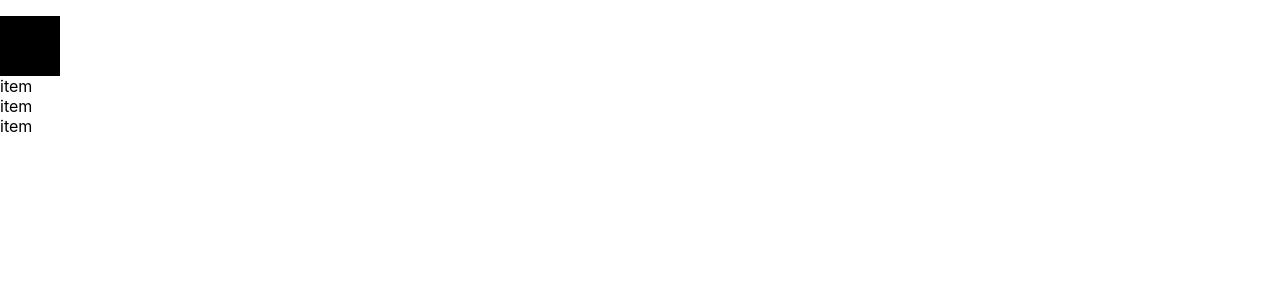
Repository: michalgornicki/number-generator
Page: /
These files come from the project's save history. The page is drawn as it stood at one moment and after a run of saves; the edit follows.
The browser window is 1280 px wide. The pictures show the whole page.
The project was rebuilt for these pictures with package versions that can differ from the ones it lists, and the page was loaded fresh each time.

Above is the page before, as saved 2021-12-03 13:26:43.

### src/App.jsx
import React, { useState } from 'react';
import './App.css';

function App() {

const [state, setState] = useState([1, 2, 3]);


  return (
    <p>
      <div className="button" onClick={() => setState([...state, Math.random()])}></div>
      <div>{state.map((item) => {
        return (
          <div>item</div>
        )
      })
}
</div>
    </p>
  );
}

export default App;

### src/App.css
.button{
    width: 60px;
    height: 60px;
    background-color: black;
}

Loaded but not shown: public/index.html (common file); src/index.js (common file); src/index.css (common file); src/reportWebVitals.js (common file)

After the next 2 saves:
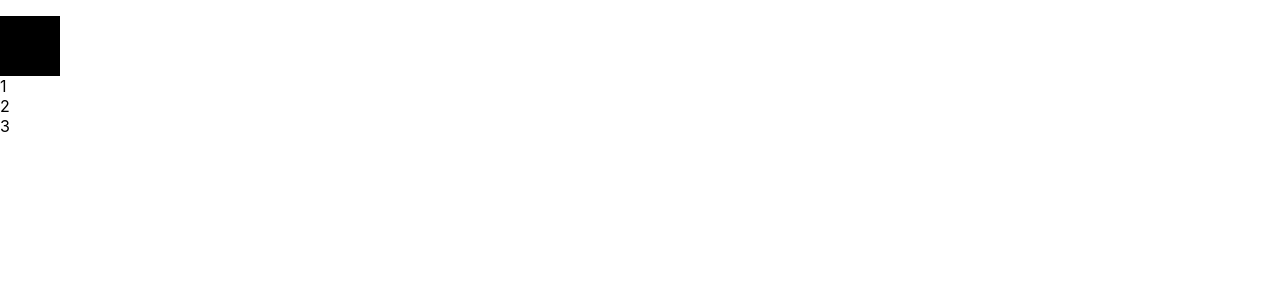
The 2 saves are shown as one change because they came seconds apart.
The last was saved 6 s later.
--- a/src/App.jsx
+++ b/src/App.jsx
@@ -11,7 +11,7 @@ const [state, setState] = useState([1, 2, 3]);
       <div className="button" onClick={() => setState([...state, Math.random()])}></div>
       <div>{state.map((item) => {
         return (
-          <div>item</div>
+          <div>{item}</div>
         )
       })
 }
